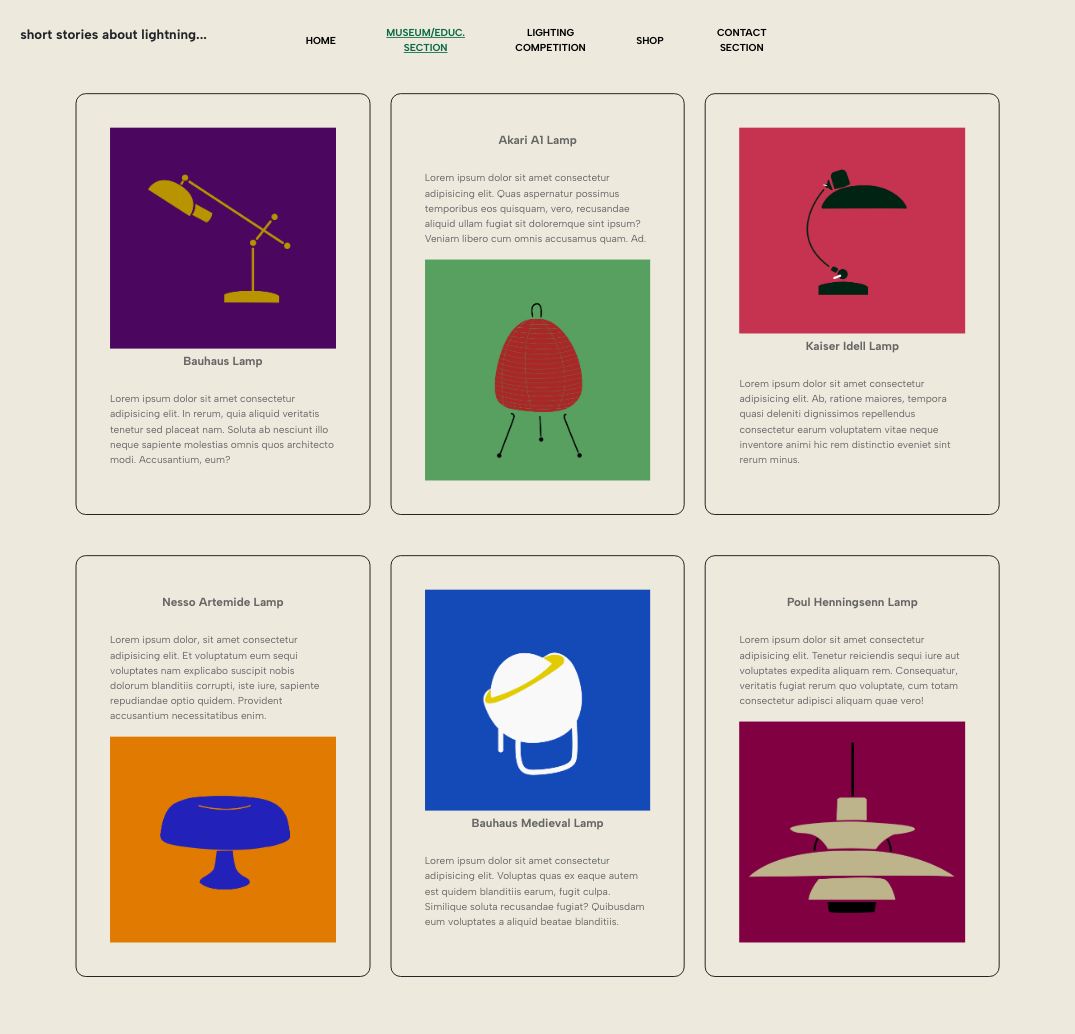
Repository: veronicamdiaz/Landing-Page-Practices
Page: museum-educational-section.html
These files come from the project's save history. The page is drawn as it stood at one moment and after the next save; the edit follows.
The browser window is 1280 px wide. The pictures show the whole page, at 84% of full size.

Above is the page before, as saved 2025-05-08 16:55:34.

After the next save:
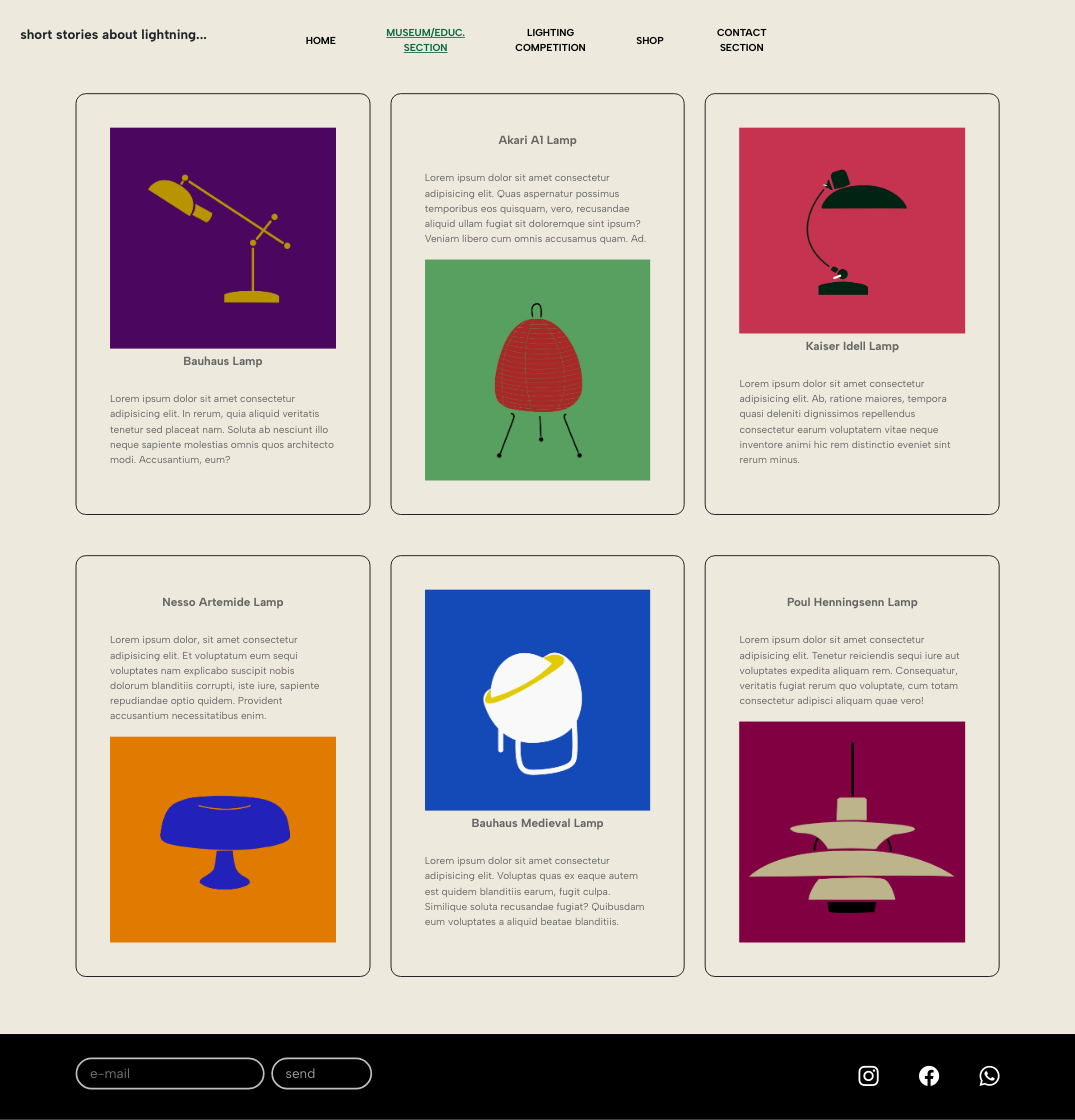
Console error: TypeError: Cannot read properties of null (reading 'addEventListener')
Saved 29 min 18 s later.
--- a/museum-educational-section.html
+++ b/museum-educational-section.html
@@ -74,3 +74,58 @@
     </div>
 </div>
 </section>
+
+<footer class="bg-black py-2">
+    <div class="container d-flex justify-content-between align-items-center flex-column flex-md-row">
+        <div class="d-flex gap-2 align-items-center mb-2">
+            <input type="email" class="btn btn-secondary" placeholder="e-mail" required
+                style="border: 2px solid rgb(192, 192, 192); border-radius: 20px; background-color: black; padding: 5px 15px; min-width: 120px; text-align: left; color: rgb(155, 155, 155);">
+            <button type="submit" class="btn btn-secondary"
+                style="border: 2px solid rgb(192, 192, 192); border-radius: 20px; background-color: black; padding: 5px 15px; min-width: 120px; text-align: left; color: rgb(155, 155, 155);">
+                send
+            </button>
+        </div>
+        <div class="d-flex gap-5 align-items-center">
+            <a href="https://www.instagram.com" target="_blank" class="text-white">
+                <i class="bi bi-instagram" style="font-size: 1.5rem;"></i>
+            </a>
+            <a href="https://www.facebook.com" target="_blank" class="text-white">
+                <i class="bi bi-facebook" style="font-size: 1.5rem;"></i>
+            </a>
+            <a href="https://wa.me/" target="_blank" class="text-white">
+                <i class="bi bi-whatsapp" style="font-size: 1.5rem;"></i>
+            </a>
+        </div>
+    </div>
+</footer>
+
+
+<script src="script.js"></script>
+
+<script>
+    document.addEventListener("DOMContentLoaded", function () {
+        const navLinks = document.querySelectorAll(".nav-link");
+
+        // Ativa o link clicado e armazena no localStorage
+        navLinks.forEach(link => {
+            link.addEventListener("click", function (e) {
+                // Armazena qual link foi clicado no localStorage
+                localStorage.setItem('activeLink', e.target.getAttribute('href'));
+                // Adiciona a classe de ativo
+                navLinks.forEach(l => l.classList.remove("nav-link-active"));
+                e.target.classList.add("nav-link-active");
+            });
+        });
+
+        // Verifica se há um link ativo armazenado no localStorage
+        const activeLink = localStorage.getItem('activeLink');
+        if (activeLink) {
+            // Remove a classe 'nav-link-active' de todos os links
+            navLinks.forEach(link => link.classList.remove("nav-link-active"));
+            // Adiciona a classe 'nav-link-active' ao link armazenado
+            document.querySelector(`a[href="${activeLink}"]`)?.classList.add("nav-link-active");
+        }
+    });
+</script>
+</body>
+</html>
